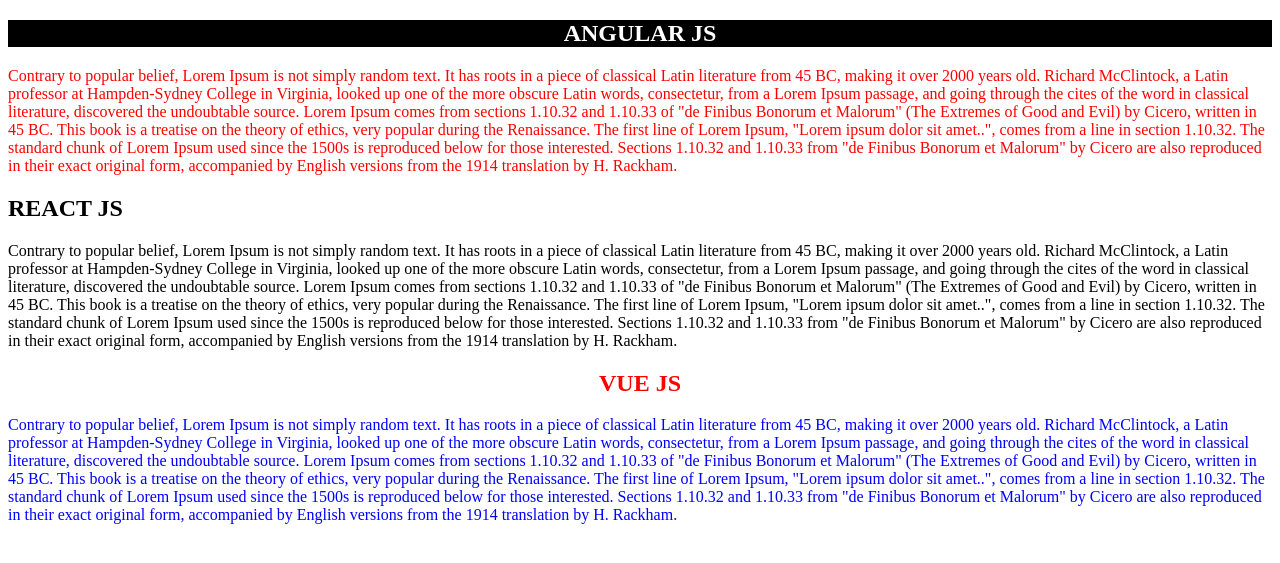
Repository: arindamslt/JEECoding
Page: JEE_FRONTEND/src/main/webapp/05ClassValueCSS.html
The author's editor kept a copy of each file at every save. The page is drawn from the files as they stood at one save, then again after the next save.
The browser window is 1280 px wide. The pictures show the whole page.

Above is the page before, as saved 2025-07-15 05:32:32.

After the next save:
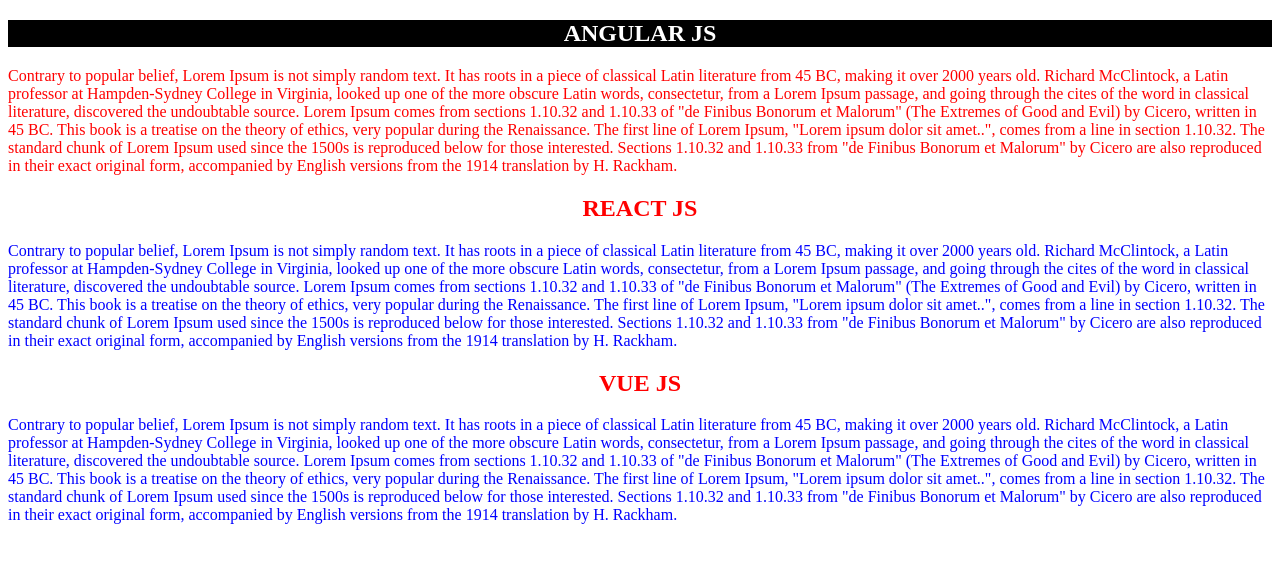
Saved 36 s later.
--- a/JEE_FRONTEND/src/main/webapp/05ClassValueCSS.html
+++ b/JEE_FRONTEND/src/main/webapp/05ClassValueCSS.html
@@ -32,7 +32,7 @@
 
 The standard chunk of Lorem Ipsum used since the 1500s is reproduced below for those interested. Sections 1.10.32 and 1.10.33 from "de Finibus Bonorum et Malorum" by Cicero are also reproduced in their exact original form, accompanied by English versions from the 1914 translation by H. Rackham.</p>
 </div >
-<div id="scnd">
+<div class="scnd">
 	<h2>REACT JS</h2>
 	<p>Contrary to popular belief, Lorem Ipsum is not simply random text. It has roots in a piece of classical Latin literature from 45 BC, making it over 2000 years old. Richard McClintock, a Latin professor at Hampden-Sydney College in Virginia, looked up one of the more obscure Latin words, consectetur, from a Lorem Ipsum passage, and going through the cites of the word in classical literature, discovered the undoubtable source. Lorem Ipsum comes from sections 1.10.32 and 1.10.33 of "de Finibus Bonorum et Malorum" (The Extremes of Good and Evil) by Cicero, written in 45 BC. This book is a treatise on the theory of ethics, very popular during the Renaissance. The first line of Lorem Ipsum, "Lorem ipsum dolor sit amet..", comes from a line in section 1.10.32.
 
